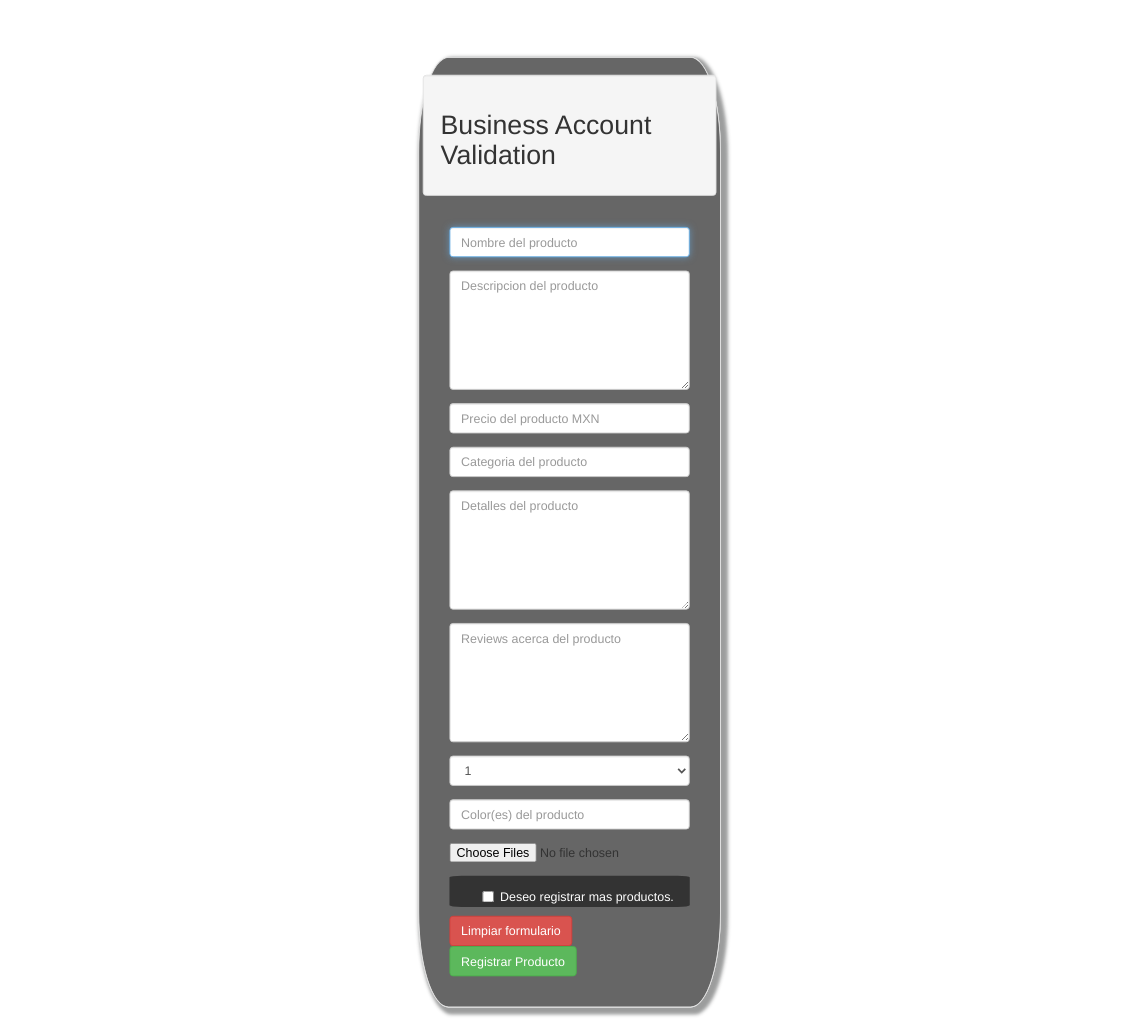
Repository: diamesa/sdi.esb.toolbox
Page: http://localhost/WebAnalizer/BAValidation.jsp
An editor plug-in stored every save of this project. The page is shown before and after the next save, followed by the edit.
The browser window is 1280 px wide. The pictures show the whole page, at 89% of full size.
The page is served by Tomcat 9. Other server files are loaded and not shown.

Above is the page before, as saved 2016-06-06 17:05:20.
Console error: TypeError: Cannot read properties of null (reading 'addEventListener')

### WebAnalizer/WebContent/BAValidation.jsp
<%@ page language="java" contentType="text/html; charset=ISO-8859-1"
    pageEncoding="ISO-8859-1"%>
<!DOCTYPE html PUBLIC "-//W3C//DTD HTML 4.01 Transitional//EN" "http://www.w3.org/TR/html4/loose.dtd">
<html>
<head>
	<meta http-equiv="Content-Type" content="text/html; charset=ISO-8859-1">
	<meta name="viewport" content="width=device-width, user-scalable=no, initial-scale=1.0, maximum-scale=1.0, minimum-scale=1.0">
	<title>Education Solution Builder SDI Tool box</title>

	<link rel="stylesheet" type="text/css" href="css/bootstrap.min.css">
	<link rel="stylesheet" type="text/css" href="css/sdi_toolbox.css">

</head>
<body>
<div class="container well crud-pannel" id="crearProducto">
						<div class="row">
							<div class="col-xs-12 well" id="form-title">
								<h2>Business Account Validation</h2>
							</div>
						</div>
						<form id="create-product-form" name="create-product-form" action="crearproducto" class="fcc-form" method="post" enctype="multipart/form-data">
								<div class="form-group">
									<input id="_nombre" type="text" class="form-control" placeholder="Nombre del producto" name="_nombre" required autofocus>
								</div>
								<div class="form-group">
									<textarea cols="30" rows="6" id="_descripcion"  class="form-control" placeholder="Descripcion del producto" name="_descripcion" form="create-product-form" required="true"></textarea>
								</div>
								<div  class="form-group">
									<input id="_precio" type="text" class="form-control" placeholder="Precio del producto MXN" name="_precio" required="true">
								</div>
								<div class="form-group">
									<input id="_categoria"  type="text" class="form-control" placeholder="Categoria del producto" name="_categoria" required="true">
								</div>
								<div  class="form-group">
									<textarea cols="30" rows="6" id="_detalles"  class="form-control" placeholder="Detalles del producto" name="_detalles" form="create-product-form" required="true"></textarea>
								</div>
								<div  class="form-group">
									<textarea cols="30" rows="6" id="_reviews"  class="form-control" placeholder="Reviews acerca del producto" name="_reviews" form="create-product-form" required="true"></textarea>
								</div>
								<div  class="form-group">
									<select id="_size" class="form-control" name="_size" required="true">
										<%for(int i=1; i<20; i++){%>
											<option value="<%= i%>"><%= i%></option>
										<%}%>
									</select>
								</div>
								<div  class="form-group">
									<input id="_color" type="text" class="form-control" placeholder="Color(es) del producto" name="_color" required="true">
								</div>
								<div  class="form-group">
									<input type="file" name="product_photos[]" id="product_photos[]" multiple >
								</div>
								<div class="form-group checkbox fcc-pane-sm" id="continue-registration">
									<label for="_continue-registration" class="checkbox">
										<input id="_continue-registration" type="checkbox" value="1" name="_continue-registration" required="false">Deseo registrar mas productos.</input>
									</label>
								</div><button id="_clear-form" class="btn btn-danger btn-large" type="reset" value="Limpiar formulario" text="Limpiar formulario">Limpiar formulario</button>
								<button id="_register-product" class="btn btn-success btn-large" type="submit"value="Registrar Producto">Registrar Producto</button>
						</form>
					</div>
				<script src="js/jquery-1.11.3.js"></script>
				<script src="js/bootstrap.min.js"></script>
				<script src="js/validate/dist/jquery.validate.min.js"></script>
				<script src="js/validate/dist/additional-methods.min.js"></script>
				<script src="js/myfcc-js.js"></script>

</body>
</html>

### WebAnalizer/WebContent/css/sdi_toolbox.css
body{padding-top: 5%;
/* 	 background-image: url(img/polygon-colors-05.jpg); */
	 background-size:inherit;}

	.myfcc-jumbo-h1{color: rgba(255,255,0,1.0);}
	.myfcc-jumbo-h2{color: rgba(255,128,0,1.0);}
	.myfcc-jumbo-p{color: rgba(255,255,255,1.0);}
	.fcc-form{max-width: 330px;
		   	  padding: 15px;
		   	  margin: 0 auto;}

	.crud-pannel{max-width: 340px;
		 		/*background-image: url(img/polygon-colors.jpg);
		   		background-size: contain;*/
		   		background-color: rgba(000,000,000,0.60);
				 -webkit-box-shadow: 4px 4px 4px 4px rgba(48, 50, 50, 0.48);
				 -moz-box-shadow:    4px 4px 4px 4px rgba(48, 50, 50, 0.48);
			 	box-shadow:    4px 4px 4px 4px rgba(48, 50, 50, 0.48);
				border-radius: 10%;
				}

	.brand-logo{width: 136px; height: 136px;
			margin: 0px auto 10px;
			display: block;
			border-radius: 2%;}

	.fcc-pane-sm{background-color: rgba(0,0,0,0.5);
				 color: rgba(255,255,255,1.0);
				 vertical-align: middle; text-align: center;
				 padding: 1%; padding-left: 8%;
				 border-radius: 5%;}

			     /*#brand{background-color: rgba(255,255,255,1.0);}*/

	#fcc-jumbo-panne{background-color: rgba(000,000,000,0.80);
				 	  -webkit-box-shadow: 4px 4px 4px 4px rgba(48, 50, 50, 0.48);
				 	  -moz-box-shadow:    4px 4px 4px 4px rgba(48, 50, 50, 0.48);
			 		  box-shadow:    4px 4px 4px 4px rgba(48, 50, 50, 0.48);
			 		  text-align: justify;}

	#activate-h1{color: rgba(255,255,0,1.0);}
	#log-in-pane{padding-top: 10%;}

### WebAnalizer/WebContent/js/myfcc-js.js
window.addEventListener('load', function()
										{
											document.getElementById('send').addEventListener('click', function()
																										{var  nombre = document.getElementById('txt-user').value;
																										 var password= document.getElementById('txt-pass').value;

																										 var bandera= false;

																										 if(nombre.length > 0 && password.length > 0){bandera = true}

																										 if(bandera){document.getElementById('log-in-form').submit()}
																										 else{ alert('There is some informatioln missing,\n please check and try again');}
																										});
										});

Loaded but not shown: WebAnalizer/WebContent/css/bootstrap.min.css (library); WebAnalizer/WebContent/js/jquery-1.11.3.js (library); WebAnalizer/WebContent/js/bootstrap.min.js (library); WebAnalizer/WebContent/js/validate/dist/jquery.validate.min.js (library); WebAnalizer/WebContent/js/validate/dist/additional-methods.min.js (library)

After the next save:
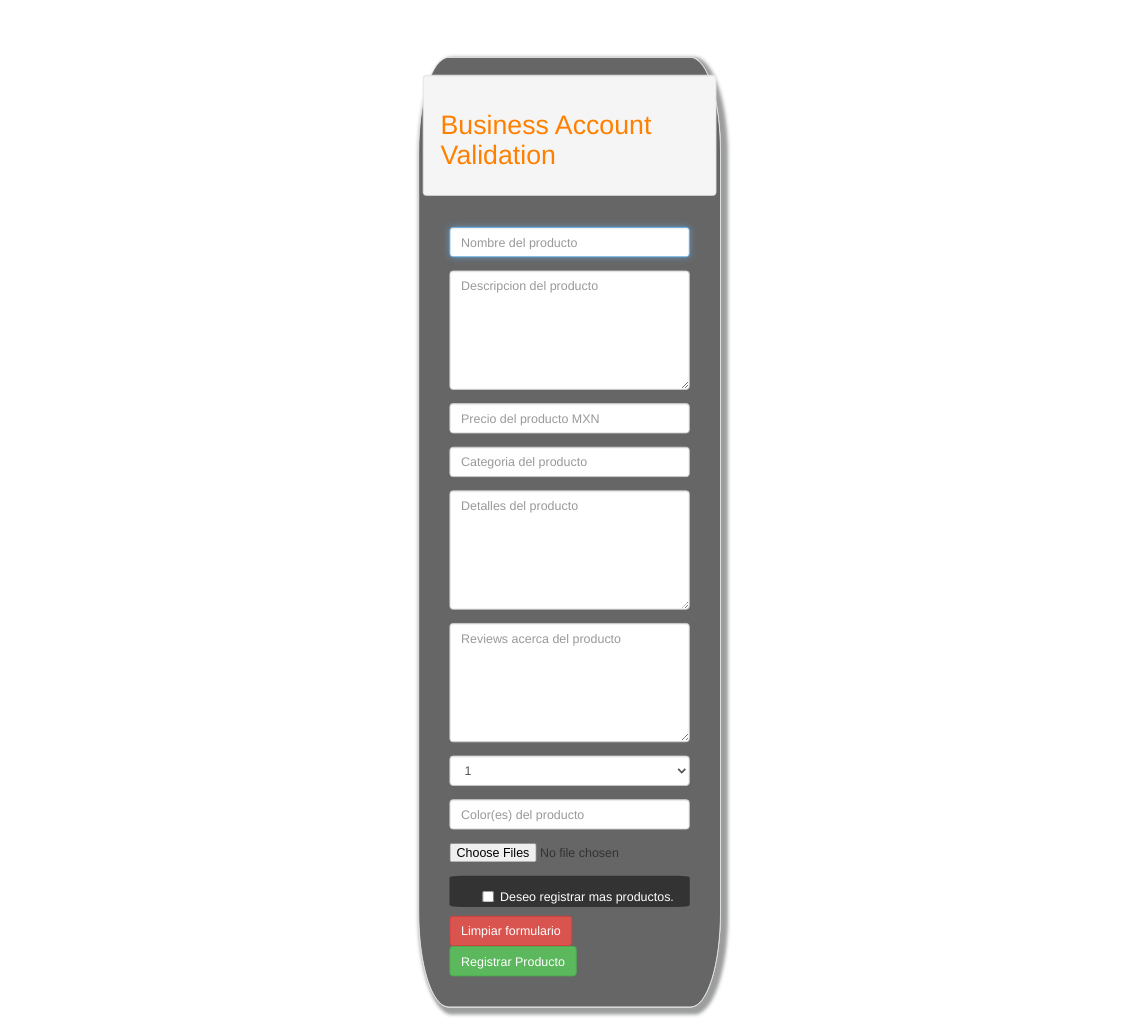
Saved 2 min 52 s later.
--- a/WebAnalizer/WebContent/BAValidation.jsp
+++ b/WebAnalizer/WebContent/BAValidation.jsp
@@ -15,7 +15,7 @@
 <div class="container well crud-pannel" id="crearProducto">
 						<div class="row">
 							<div class="col-xs-12 well" id="form-title">
-								<h2>Business Account Validation</h2>
+								<h2 class="myfcc-jumbo-h2">Business Account Validation</h2>
 							</div>
 						</div>
 						<form id="create-product-form" name="create-product-form" action="crearproducto" class="fcc-form" method="post" enctype="multipart/form-data">
